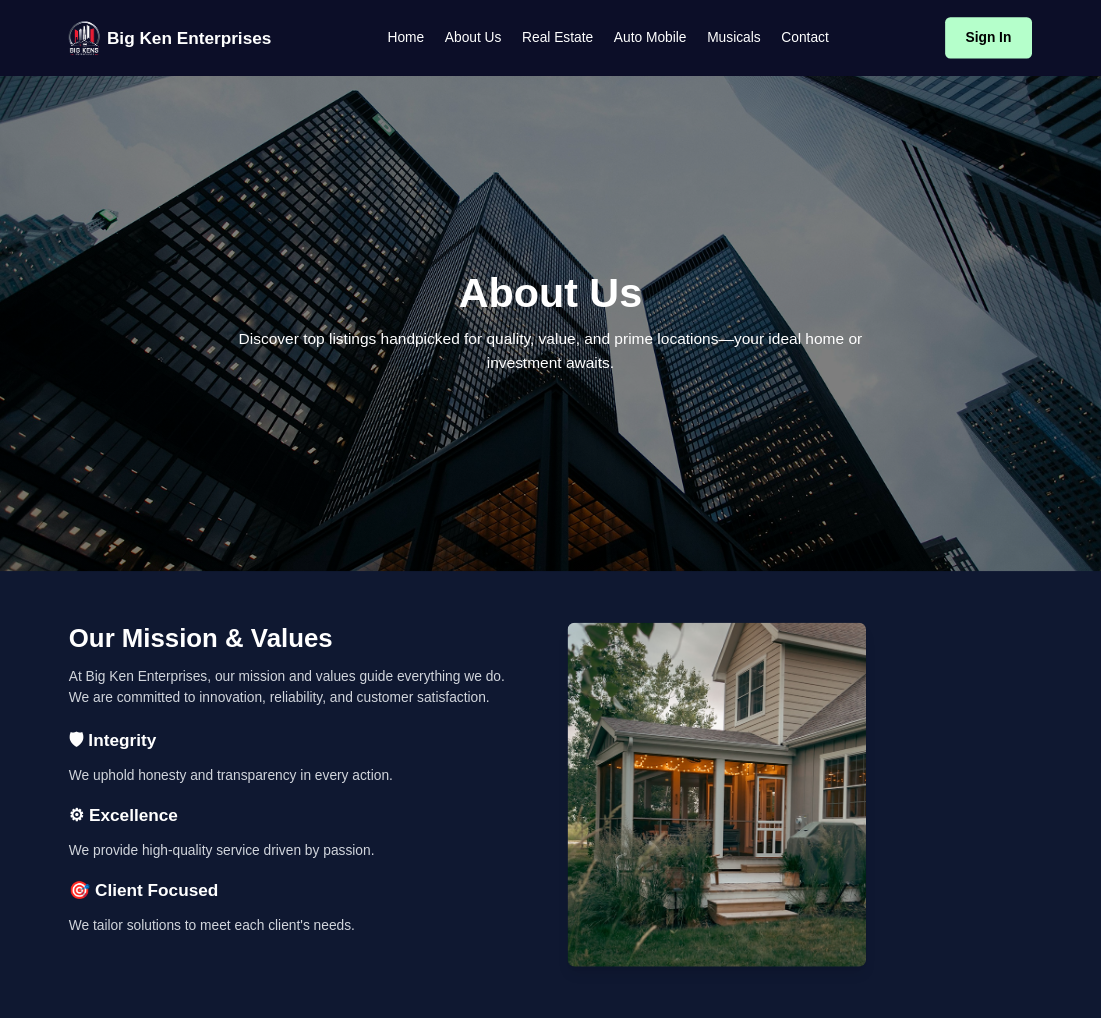
Repository: techvaro/Big-kens-realty-Frontend-react-
Page: /about (app in big-kens-realty/)
An editor plug-in stored every save of this project. The page is shown before and after the next save, followed by the edit.
The browser window is 1280 px wide. The pictures show the whole page, at 86% of full size.
The project was rebuilt for these pictures with package versions that can differ from the ones it lists, and the page was loaded fresh each time. Also part of the build but not shown: big-kens-realty/vite.config.js, big-kens-realty/src/components/Footer/Footer.jsx, big-kens-realty/src/components/Home/hero.jsx, big-kens-realty/src/components/Home/Services.jsx, big-kens-realty/src/components/Home/Stats.jsx, big-kens-realty/src/components/Home/About.jsx, big-kens-realty/src/components/Home/FeaturedProperties.jsx, big-kens-realty/src/components/Home/AutoMobileSale.jsx and 2 more.

Above is the page before, as saved 2025-12-08 14:55:31.

### big-kens-realty/index.html
<!doctype html>
<html lang="en">
  <head>
    <meta charset="UTF-8" />
    <link rel="icon" type="image/svg+xml" href="/vite.svg" />
    <meta name="viewport" content="width=device-width, initial-scale=1.0" />
    <title>big-kens-realty</title>
  </head>
  <body>
    <div id="root"></div>
    <script type="module" src="/src/main.jsx"></script>
  </body>
</html>

### big-kens-realty/src/index.css
@import "tailwindcss";

body {
  margin: 0;
  font-family: Arial, sans-serif;
  background-color: #0c0e28;
  color: white;
}

section {
  padding: 60px 80px;
}

h1, h2, h3 {
  margin: 0 0 15px 0;
}

.btn {
  background: #b5ffcb;
  color: #000;
  padding: 12px 25px;
  border-radius: 5px;
  border: none;
  font-weight: bold;
  cursor: pointer;
}

.btn1{
  background: #b5ffcb;
  color: #000;
  height: 30px;
  width: 80px;
  border: none;
  font-weight: bold;
  cursor: pointer;
  border-radius: 5px;
}

.card {
  background: #1b1e49;
  padding: 15px;
  border-radius: 8px;
}

nav img {
  width: auto !important;
}

### big-kens-realty/src/router/AppRouter.jsx
import { BrowserRouter, Routes, Route } from "react-router-dom";
import Home from "../Pages/Home";
import About from "../Pages/About";

// Placeholder components for routes that don't exist yet
// const About = () => <div>About Page</div>;
const RealEstate = () => <div>Real Estate Page</div>;
const AutoMobile = () => <div>Auto Mobile Page</div>;
const Music = () => <div>Music Page</div>;
const Contact = () => <div>Contact Page</div>;

export default function AppRouter() {
  return (
    <BrowserRouter>
      <Routes>
        <Route path="/" element={<Home />} />
        <Route path="/about" element={<About />} />
        <Route path="/real-estate" element={<RealEstate />} />
        <Route path="/auto-mobile" element={<AutoMobile />} />
        <Route path="/music" element={<Music />} />
        <Route path="/contact" element={<Contact />} />
      </Routes>
    </BrowserRouter>
  );
}

### big-kens-realty/src/Pages/About.jsx
import Navbar from "../components/navbar/navbar";
import Hero from "../components/About/Hero";
import MissionValues from "../components/About/mission";

export default function About() {
  return (
    <>
      <Navbar />
      <Hero />
      <MissionValues />
    </>
  );
}

### big-kens-realty/src/components/navbar/navbar.jsx
import { Link } from "react-router-dom";
import { useState } from "react";
import logo from "../../assets/image/logo.png";
import {
    Bars3Icon,
    HomeIcon,
    InformationCircleIcon,
    BuildingOfficeIcon,
    WrenchIcon,
    MusicalNoteIcon,
    PhoneIcon,
    XMarkIcon,
} from "@heroicons/react/24/outline";

export default function Navbar() {
  const [isMobileMenuOpen, setIsMobileMenuOpen] = useState(false);

  return (
    <div className="w-full relative">

        <nav className="hidden lg:flex items-center justify-between px-20 py-5 bg-[#0c0e28] sticky top-0 z-50">
            <span className="inline-flex items-center justify-left gap-2">
                <img src={logo} className="h-[40px] w-[40px] object-contain" alt="Big Ken Enterprises Logo" />
                <span className="text-xl font-bold text-white whitespace-nowrap">Big Ken Enterprises</span>
            </span>

            <div className="flex gap-6">
                <Link to="/" className="text-white hover:text-gray-300 transition">
                    Home
                </Link>

                <Link to="/about" className="text-white hover:text-gray-300 transition">
                    About Us
                </Link>

                <Link
                to="/real-estate"
                className="text-white hover:text-gray-300 transition"
                >
                Real Estate
                </Link>

                <Link
                to="/auto-mobile"
                className="text-white hover:text-gray-300 transition"
                >
                Auto Mobile
                </Link>

                <Link to="/music" className="text-white hover:text-gray-300 transition">
                Musicals
                </Link>

                <Link to="/contact" className="text-white hover:text-gray-300 transition">
                Contact
                </Link>
            </div>

            <button className="bg-[#b5ffcb] text-black px-6 py-3 rounded-md font-bold hover:bg-[#9ae6af] transition">
                Sign In
            </button>
        </nav>

        <nav className="flex lg:hidden items-center justify-between px-10 py-5 bg-[#0c0e28] sticky top-0 z-50">
            <span className="flex items-center justify-center gap-5">
                <img src={logo} className="h-[40px] w-[40px] object-contain" alt="Big Ken Enterprises Logo" />
                <span className="text-1xl font-bold text-white whitespace-normal">Big Ken Enterprises</span>
            </span>

            <span className="flex items-center justify-between gap-5">

                {/* Menu Icon */}
                <button
                  className="text-white"
                  onClick={() => setIsMobileMenuOpen(!isMobileMenuOpen)}
                >
                  {isMobileMenuOpen ? (
                    <XMarkIcon className="h-8 w-8 text-white cursor-pointer" />
                  ) : (
                    <Bars3Icon className="h-8 w-8 text-white cursor-pointer" />
                  )}
                </button>
            </span>
        </nav>

        {/* Mobile Menu */}
        <div
          className={`fixed top-16 left-0 w-full bg-[#0c0e28] z-40 transition-all duration-300 ease-in-out lg:hidden ${
            isMobileMenuOpen
              ? 'opacity-100 translate-y-0 pointer-events-auto'
              : 'opacity-0 -translate-y-10 pointer-events-none'
          }`}
        >
          <div className="flex flex-col items-center justify-center gap-5 p-5">
            <Link
              to="/"
              className="flex items-center gap-2 text-white hover:text-gray-300 transition w-full py-2 justify-center"
              onClick={() => setIsMobileMenuOpen(false)}
            >
              <HomeIcon className="h-5 w-5 text-white" /> Home
            </Link>

            <Link
              to="/about"
              className="flex items-center gap-2 text-white hover:text-gray-300 transition w-full py-2 justify-center"
              onClick={() => setIsMobileMenuOpen(false)}
            >
              <InformationCircleIcon className="h-5 w-5 text-white" /> About Us
            </Link>

            <Link
              to="/real-estate"
              className="flex items-center gap-2 text-white hover:text-gray-300 transition w-full py-2 justify-center"
              onClick={() => setIsMobileMenuOpen(false)}
            >
              <BuildingOfficeIcon className="h-5 w-5 text-white" /> Real Estate
            </Link>

            <Link
              to="/auto-mobile"
              className="flex items-center gap-2 text-white hover:text-gray-300 transition w-full py-2 justify-center"
              onClick={() => setIsMobileMenuOpen(false)}
            >
              <WrenchIcon className="h-5 w-5 text-white" /> Auto Mobile
            </Link>

            <Link
              to="/music"
              className="flex items-center gap-2 text-white hover:text-gray-300 transition w-full py-2 justify-center"
              onClick={() => setIsMobileMenuOpen(false)}
            >
              <MusicalNoteIcon className="h-5 w-5 text-white" /> Musicals
            </Link>

            <Link
              to="/contact"
              className="flex items-center gap-2 text-white hover:text-gray-300 transition w-full py-2 justify-center"
              onClick={() => setIsMobileMenuOpen(false)}
            >
              <PhoneIcon className="h-5 w-5 text-white" /> Contact
            </Link>
            <button className="bg-[#b5ffcb] text-black px-6 py-3 rounded-md font-bold hover:bg-[#9ae6af] transition w-full">
                Sign In
            </button>
          </div>
        </div>

    </div>

  );
}

### big-kens-realty/src/components/About/Hero.jsx
import heroImage from "../../assets/image_about/hero.png";

export default function Hero() {


    return (
        <section
            className="relative h-[80vh] flex items-center justify-center text-white bg-cover bg-center"
            style={{ backgroundImage: `linear-gradient(rgba(0,0,0,.5), rgba(0,0,0,.5)), url(${heroImage})` }}
        >


            {/* Content aligned with navbar */}
            <div className="relative z-10 w-full max-w-7xl mx-auto px-4 lg:px-20 text-center">
                <h1 className="text-5xl font-bold mb-4">About Us</h1>
                <p className="text-lg max-w-3xl mx-auto">
                    Discover top listings handpicked for quality, value, and prime
                    locations—your ideal home or investment awaits.
                </p>
            </div>
        </section>
    );

}

### big-kens-realty/src/components/About/mission.jsx
import heroImage from "../../assets/image_about/house.png";
// Mission & Values Section
export default function MissionValues() {
return (
<section className="py-16 px-6 md:px-20 bg-[#0F1831] text-white grid md:grid-cols-2 gap-10">
<div>
<h2 className="text-3xl font-bold mb-6">Our Mission & Values</h2>
<p className="mb-6 text-gray-300 max-w-lg">
At Big Ken Enterprises, our mission and values guide everything we do. We are committed to innovation, reliability,
and customer satisfaction.
</p>


<div className="space-y-5">
<div>
<h3 className="text-xl font-semibold">🛡 Integrity</h3>
<p className="text-gray-300 max-w-md">We uphold honesty and transparency in every action.</p>
</div>
<div>
<h3 className="text-xl font-semibold">⚙ Excellence</h3>
<p className="text-gray-300 max-w-md">We provide high-quality service driven by passion.</p>
</div>
<div>
<h3 className="text-xl font-semibold">🎯 Client Focused</h3>
<p className="text-gray-300 max-w-md">We tailor solutions to meet each client's needs.</p>
</div>
</div>
</div>


<img src={heroImage} alt="House" className="rounded-lg shadow-lg h-100" />
</section>
);
}

Loaded but not shown: big-kens-realty/src/main.jsx (common file); big-kens-realty/src/App.jsx (common file)

After the next save:
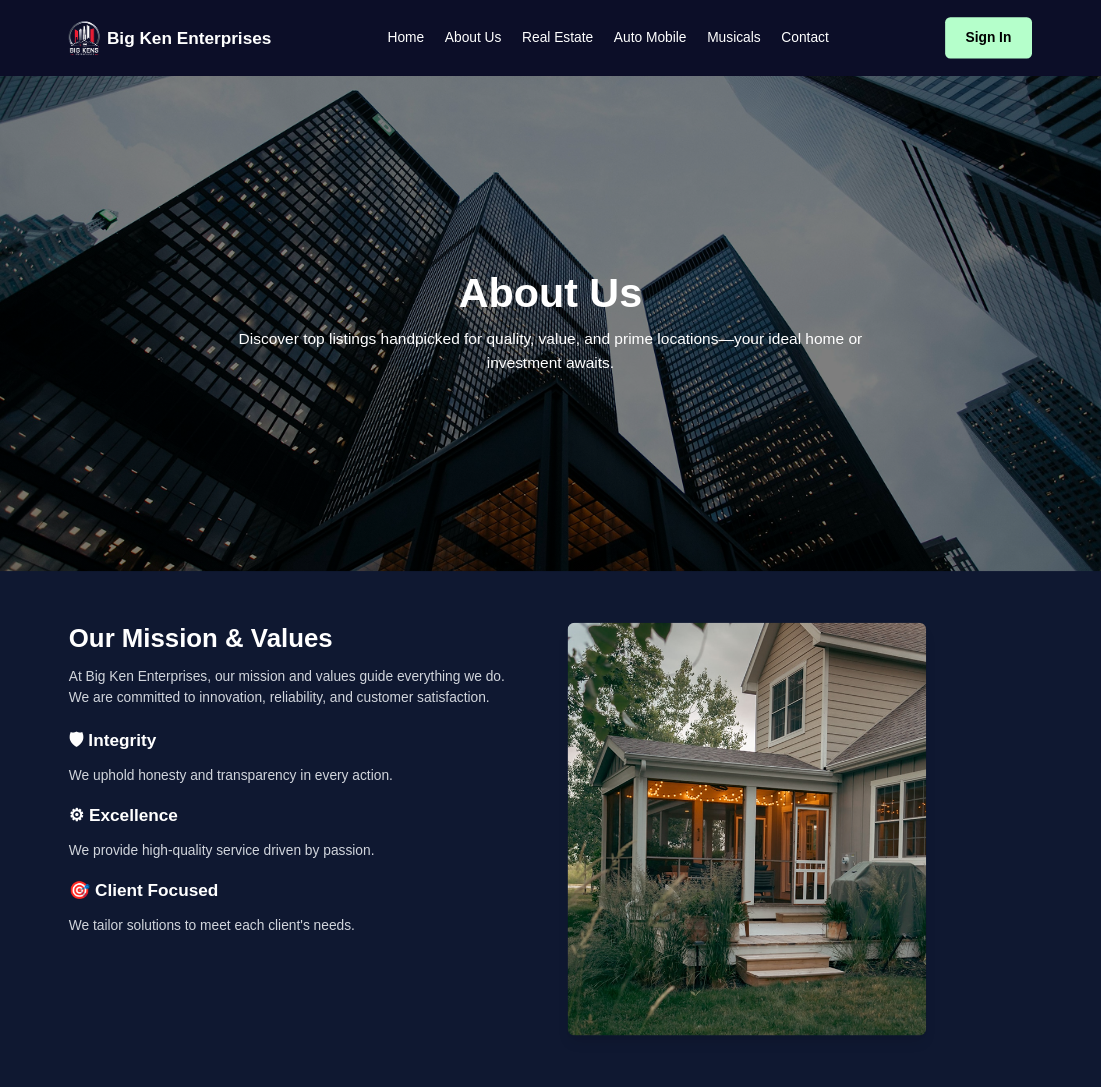
Saved 35 s later.
--- a/big-kens-realty/src/components/About/mission.jsx
+++ b/big-kens-realty/src/components/About/mission.jsx
@@ -28,7 +28,7 @@ and customer satisfaction.
 </div>
 
 
-<img src={heroImage} alt="House" className="rounded-lg shadow-lg h-100" />
+<img src={heroImage} alt="House" className="rounded-lg shadow-lg h-120" />
 </section>
 );
 }
